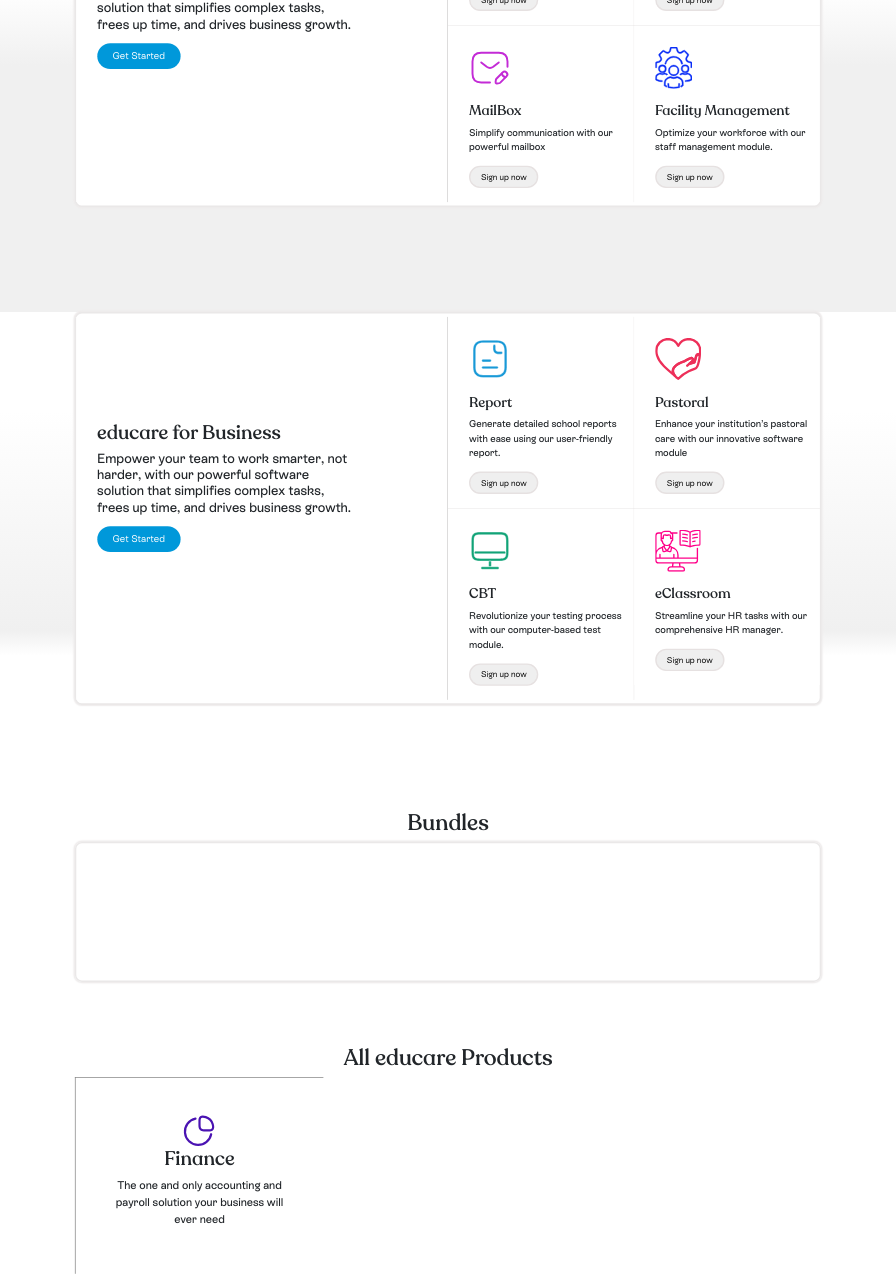
Repository: sarahnnanyelugo/educare-web
Page: /
The author's editor kept a copy of each file at every save. The page is drawn from the files as they stood at one save, then again after the next save.
The browser window is 1280 px wide. The pictures show the part of the page from y = 1444 to 3364 px (the page is 3264 px tall before and 3364 px after), at 70% of full size.
The project was rebuilt for these pictures with package versions that can differ from the ones it lists, and the page was loaded fresh each time.

Above is the page before, as saved 2023-04-05 10:15:43.

After the next save:
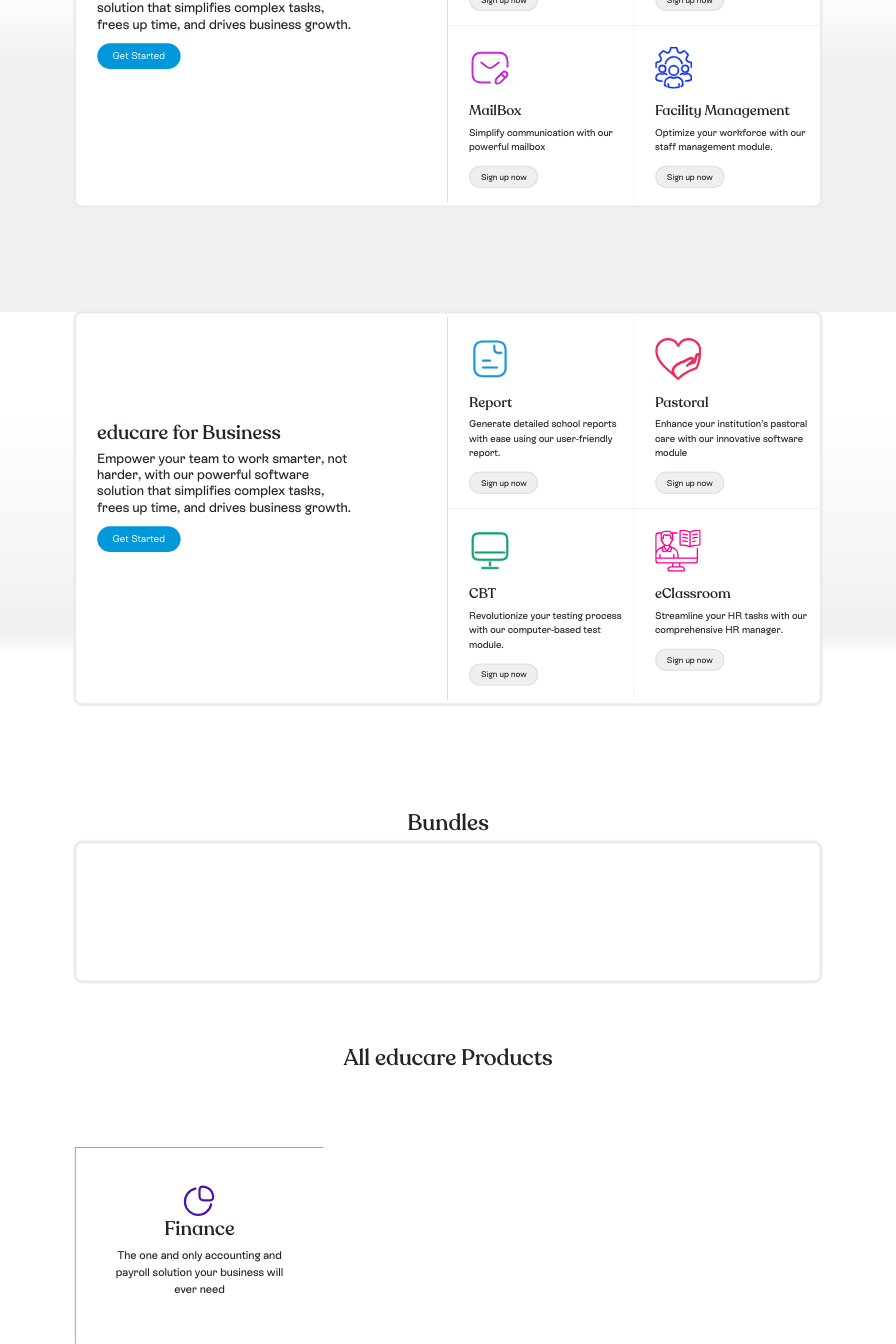
Saved 26 s later.
--- a/src/pages/Home/_home.scss
+++ b/src/pages/Home/_home.scss
@@ -105,5 +105,6 @@
     background: #ffff;
     border-top: solid 1px grey;
     border-left: solid 1px grey;
+    margin-top: 100px;
   }
 }
